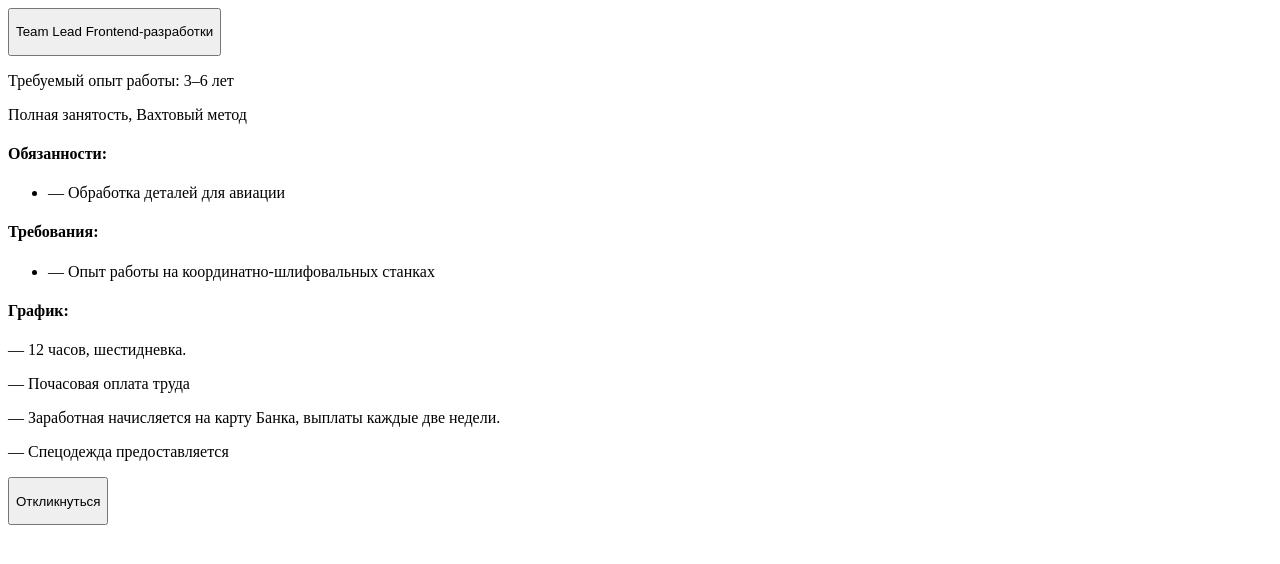
Repository: the-ASAP/AsapVerstka
Page: src/components/accordion.html
These files come from the project's save history. The page is drawn as it stood at one moment and after the next save; the edit follows.
The browser window is 1280 px wide. The pictures show the whole page.

Above is the page before, as saved 2021-07-27 17:06:44.

After the next save:
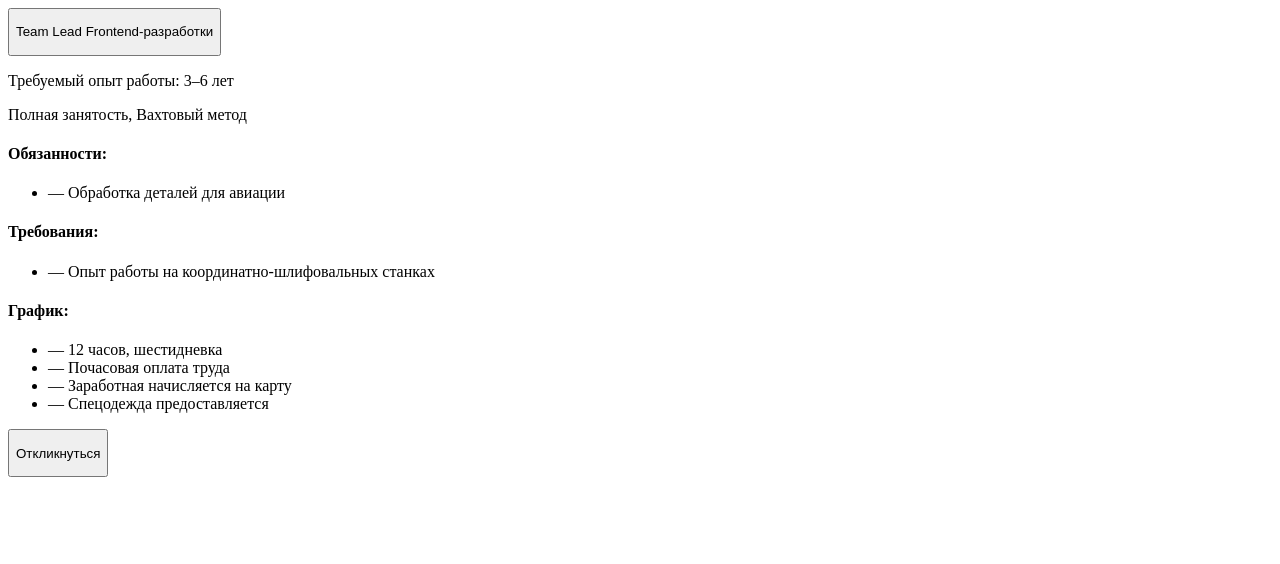
Saved 51 s later.
--- a/src/components/accordion.html
+++ b/src/components/accordion.html
@@ -21,10 +21,20 @@
                 </li>
             </ul>
         <h4 class="accordion__subtitle">График:</h4>
-        <p class="accordion__info__secondText__desc">— 12 часов, шестидневка.</p>
-        <p class="accordion__info__secondText__desc">— Почасовая оплата труда</p>
-        <p class="accordion__info__secondText__desc">— Заработная начисляется на карту Банка, выплаты каждые две недели.</p>
-        <p class="accordion__info__secondText__desc">— Спецодежда предоставляется</p>
+        <ul class="accordion__list">
+            <li>
+                — 12 часов, шестидневка
+            </li>
+            <li>
+                — Почасовая оплата труда
+            </li>
+            <li>
+                — Заработная начисляется на карту
+            </li>
+            <li>
+                — Спецодежда предоставляется
+            </li>
+        </ul>
 
         <button type="button" class="accordion__info__button">
             <p class="accordion__info__button__text">Откликнуться</p>
